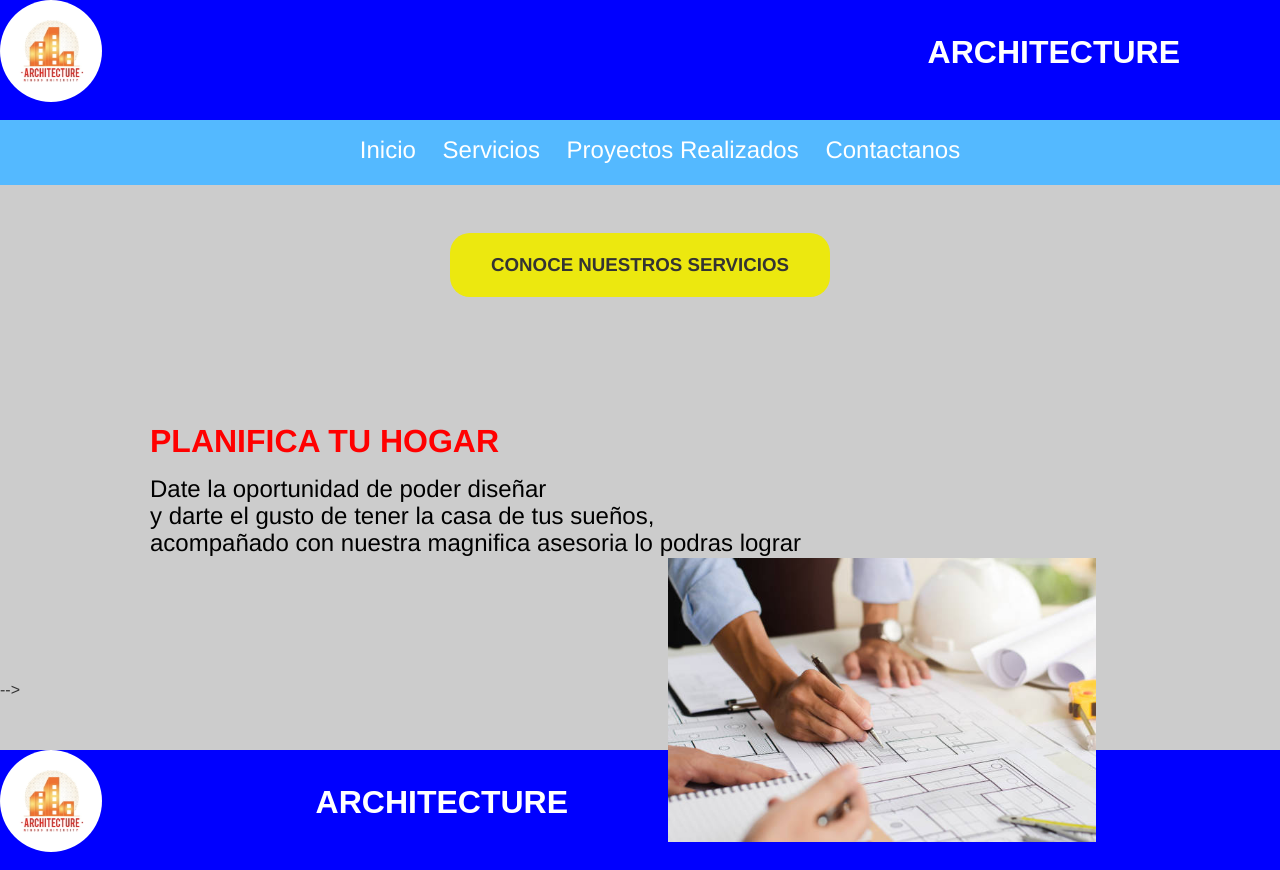
Repository: gabrielestrella18/htdocs
Page: http://localhost/arquitectos/servicios.php
The author's editor kept a copy of each file at every save. The page is drawn from the files as they stood at one save, then again after the next save.
The browser window is 1280 px wide. The pictures show the whole page.
The page is run by PHP 8.4 with error messages shown; the project is at /var/www/html/.

Above is the page before, as saved 2023-12-07 21:21:02.

### arquitectos/servicios.php
<!DOCTYPE html>
<html lang="en">
  <head>
    <title></title>
    <meta charset="UTF-8">
    <meta name="viewport" content="width=device-width, initial-scale=1">
    <link href="estilo.css" rel="stylesheet">
  </head>
  <body>

<div class="azul">
  <img  class="lg"src="imagenes/arch.jpg" alt="">

  <h1>ARCHITECTURE</h1>
</div>

<div class="menu">
<div class="menuOpciones">
            <a href="index.php" target="_blank">Inicio</a>
            <a href="#" target="_blank">Servicios</a>
            <a href="#" target="_blank">Proyectos Realizados</a>
            <a href="#" target="_blank">Contactanos</a>
            </div>
            </div>
            <br><br>

<div class="ser">
<h3 class="serv">CONOCE NUESTROS SERVICIOS</h3>
</div>
<br> <br> <br>


<div class="hogar">

<div class="plani">
  <div class="caja1">
<p class="pl">PLANIFICA TU HOGAR</p>
<br>
<span class="text"> Date la oportunidad de poder diseñar <br> y darte el gusto de tener la casa de tus sueños,  <br>acompañado
con nuestra magnifica asesoria lo podras lograr</span></div>
<div class="caja2">
<img class="plan" src="imagenes/planif.jpg" alt="">
</div>
</div>

<br><br><br><br><br><br></br><br><br></br><br><br>
<!-- <div class="const">
<p class="cons">CONSTRUYE TU HOGAR</p>
<span>Con nosotros a cargo de la contruccion de tu hogar haremos tu sueño realidad y disfrutarás muy pronto de tu magnifico hogar</span>
<img  class="co" src="imagenes/constru.jpg" alt="">
</div>

<div class="remod">
<p class="rem">REMODELA TU HOGAR</p>
<span>Cambia el diseño de tu hogar hoy mismo y nosotros haremos la maravilla de que sea el mejor hogar que haz podido tener</span>
<img class="re" src="imagenes/remodel.jpg" alt="">
</div>
 --> -->

</div>

<br><br>

<div class="azul">
  <img  class="lg"src="imagenes/arch.jpg" alt="">

  <h1>ARCHITECTURE</h1>
</div>


  </body>
</html>

### arquitectos/estilo.css
* {
    box-sizing: border-box;
    margin: 0;
    padding: 0;
}

body {
    font-family: helvetica;
    font-size: 16px;
    line-height: 24px;
    color: #333;
    background-color: #cccccc;
    max-width: 1400px;
}

.azul {
    background-color: blue;
    padding-bottom: 120px;
}

.lg {
    float: left;
    width: 8%;
    height: 8%;
    border-radius: 80px;
}

h1 {
    color: white;
    float: right;
    font-family: sans-serif;
    text-align: end;
    padding-top: 40px;
    padding-right: 100px;
}

.menu {
    border: 1px #54b9ff solid;
    background-color: #54b9ff;
    height: 65px;
}

.menuOpciones {
    padding-top: 12px;
    text-align: center;
    margin-top: 5px;
    padding-left: 40px;
    font-size: x-large;
}

.menuOpciones a {
    text-decoration: none;
    color: white;
    padding: 10px;
}

.menuOpciones a:hover {
    color: #9c2222;
}

.contenedor_fondo {
    width: 1350px;
    height: 600px;
    margin: auto;
    background-image: url(imagenes/fondoarq.jpg);
    background-repeat: no-repeat;
    background-size: cover;
}

.textofoto {
    /* width: 600px; */
    color: rgb(7, 2, 2);
    margin: auto;
    text-align: center;
    line-height: 35px;
    padding-top: 200px;
}

.botoncito {
    text-align: center;
}

.boton1 {
    color: #ece80f;
    background-color: #ce1111;
    padding-top: 20px;
    padding-bottom: 20px;
    padding-left: 10px;
    padding-right: 10px;
    border-radius: 20px;
}

h3 {
    text-align: center;
}

.serv {
    background-color: #ece80f;
    padding-top: 20px;
    padding-bottom: 20px;
    padding-left: 10px;
    padding-right: 10px;
    border-radius: 20px;
}

.ser {
    padding-left: 450px;
    padding-right: 450px;
}

p {
    font-weight: 400px;
    font-size: xx-large;
}


/* .hogar {
    display: inline-block;
} */


/* .plani {
    display: inline-block;
}

.pl {
    display: inline-block;
}

.cons {
    display: inline-block;
}

.co {
    display: inline-block;
}

.remod {
    display: inline-block;
}

.re {
    display: inline-block;
} */

span {
    text-align: center;
}

.text {
    text-align: center;
}

.caja1 {
    float: left;
    padding-left: 150px;
    padding-top: 60px;
}

.caja2 {
    float: right
}

.plan {
    width: 70%;
    height: 70%;
}

.pl {
    color: rgb(255, 0, 0);
    font-weight: 800;
}

.text {
    color: black;
    font-size: x-large;
}

After the next save:
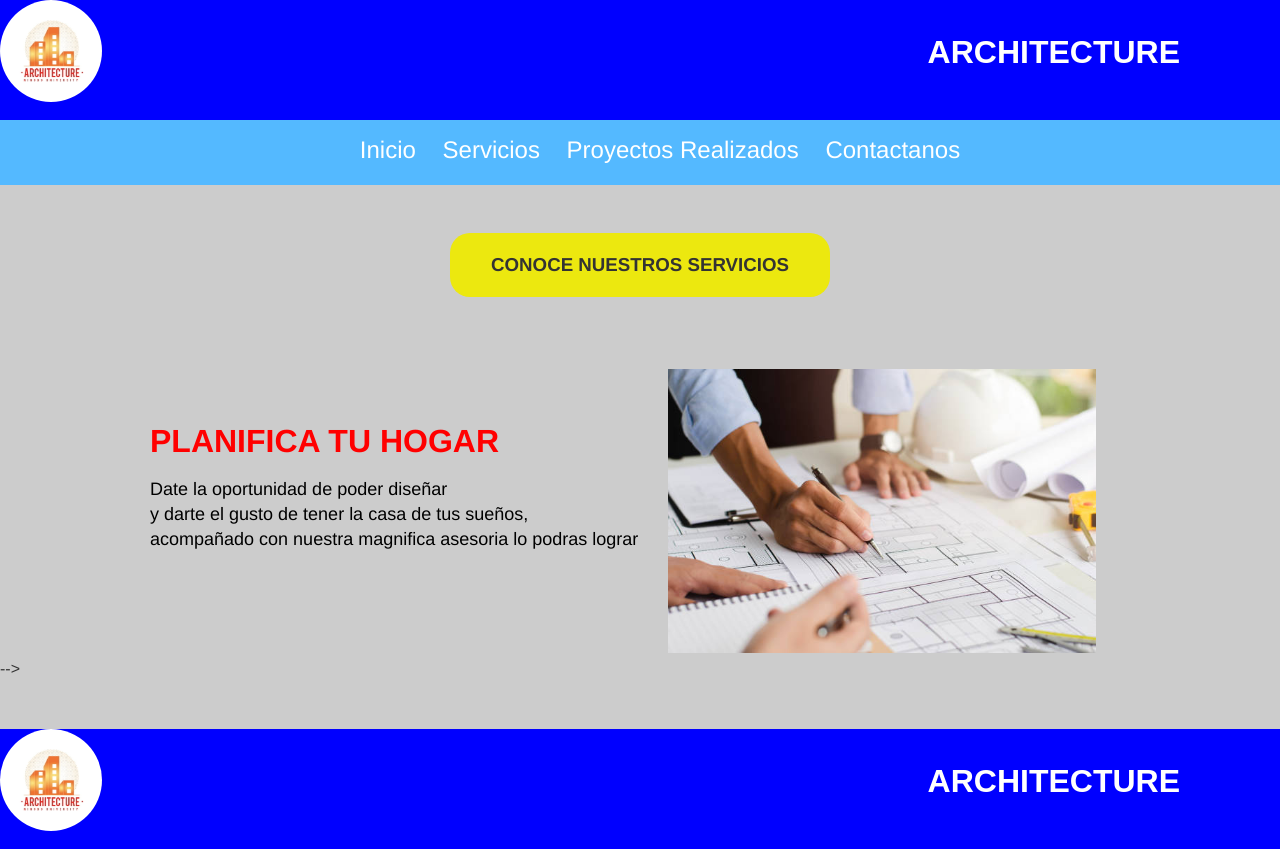
Saved 31 s later.
--- a/arquitectos/estilo.css
+++ b/arquitectos/estilo.css
@@ -173,5 +173,5 @@ span {
 
 .text {
     color: black;
-    font-size: x-large;
+    font-size: large;
 }
